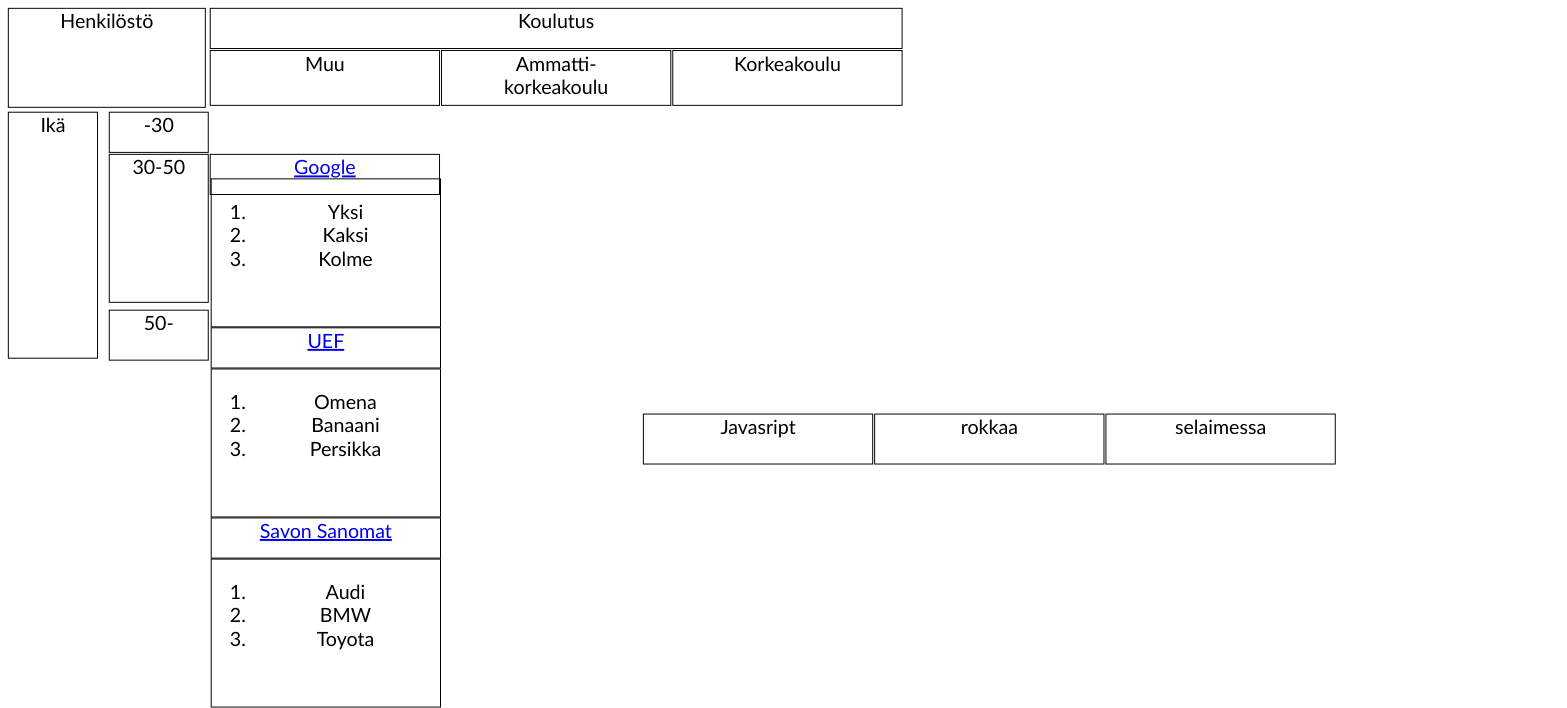
Repository: Niina-Maria/tehtavat-12-17-Niina-Maria2
Page: teht14.html
An editor plug-in stored every save of this project. The page is shown before and after the next save, followed by the edit.
The browser window is 1280 px wide. The page is 1363 px wide, then 1599 px, then 1363 px, so the pictures cover 1599 px, including what lies to the right of the window. The pictures show the whole page, at 98% of full size.

Above is the page before, as saved 2024-11-18 14:52:01.

### teht14.html
<!DOCTYPE html>
<html>
    <head><link rel="stylesheet" href="teht14.css"></head>
    <body>
        <div class="grid-container">
                <div class="header">Henkilöstö</div>
                <div class="header2">Koulutus</div>

                <div class="main">Muu</div>
                <div class="main2">Ammatti-<br>korkeakoulu</div>
                <div class="main3">Korkeakoulu</div>


                <div class="navMain">Ikä</div>
                <div class="navMain2">-30</div>
                <div class="navMain3">30-50</div>
                <div class="navMain4">50-</div>


                <div class="main4"><a href="www.google.com">Google</a></dive>
                <div class="main7">
                    <ol>
                        <li>Yksi</li>
                        <li>Kaksi</li>
                        <li>Kolme</li>
                    </ol>
                </div>

                <div class="main5"><a href="https://www.uef.fi/fi">UEF</a></div>
                <div class="main8">
                    <ol>
                    <li>Omena</li>
                    <li>Banaani</li>
                    <li>Persikka</li>
                </ol>
                </div>

                <div class="main6"><a href="https://www.savonsanomat.fi/">Savon Sanomat</a></div>
                <div class="main9">
                    <ol>
                        <li>Audi</li>
                        <li>BMW</li>
                        <li>Toyota</li>
                    </ol>
                </div>
        </div>


        <div class="grid-container">
             <!--    <div class="main7">
                    <ol>
                        <li>Yksi</li>
                        <li>Kaksi</li>
                        <li>Kolme</li>
                    </ol>
                </div> -->

               <!--  <div class="main8">
                    <ol>
                    <li>Omena</li>
                    <li>Banaani</li>
                    <li>Persikka</li>
                </ol>
                </div> -->


          <!--       <div class="main9">
                    <ol>
                        <li>Audi</li>
                        <li>BMW</li>
                        <li>Toyota</li>
                    </ol>
                </div> -->
            </div>

            <div class="grid-container">

                <div class="footer">Javasript</div>
                <div class="footer2">rokkaa</div>
                <div class="footer3">selaimessa</div>
            </div>


        </body>
    </html>



            <!-- <tr>
                <tr>
                    <th rowspan="6">Ikä</th>
                    <th >-30</th>
                    <td><a href="www.google.com">Google</a></td>
                    <td><a href="https://www.uef.fi/fi">UEF</a></td>
                    <td><a href="https://www.savonsanomat.fi/">Savon Sanomat</a></td>
                </tr>
                <tr>
                    <th>30-50</th>
                    <td>
                        <ol>
                            <li>Yksi</li>
                            <li>Kaksi</li>
                            <li>Kolme</li>
                        </ol>
                    </td>
                    <td>
                        <ol>
                            <li>Omena</li>
                            <li>Banaani</li>
                            <li>Persikka</li>
                        </ol>
                    </td>
                    <td>
                        <ol>
                            <li>Audi</li>
                            <li>BMW</li>
                            <li>Toyota</li>
                    </ol>
                    </td>
                </tr>

                <tr>
                    <th>50-</th>
                    <td style="font-size:30px; "><strong><em>Javascript</em></strong></td>
                    <td style="font-size:30px; "><strong><em>rokkaa</em></strong></td>
                    <td style="font-size:30px; "><strong><em>selaimessa</em></strong></td>
                </tr>
            </tr> -->

### teht14.css

.grid-container{
    display: grid;
    width: 75%;
    grid-template-columns: 100px 100px 233px 233px 233px;
    grid-template-areas:
    "header header header2 header2 header2"
    "header header main main2 main3"
    "navMain navMain2 main4 main5 main6"
    "navMain navMain3 main7 main8 main9"
    "navMain navMain3 main7 main8 main9"
    "navMain navMain3 main7 main8 main9"
    "navMain navMain4 footer footer2 footer3";
    grid-template-rows: 40px 60px 40px 50px 50px 50px 50px;
    gap: 3px;

    }

.grid-container > div {
    text-align: center;
    font-size: 20px;
    }

.header {
    grid-area: header;
    grid-column: 1/span2;
    grid-row: 1/span 2;
    border-width: 1px;
    border-style: solid;
    font-size: 20px;
    font-family: 'Gill Sans', 'Gill Sans MT', Calibri, 'Trebuchet MS', sans-serif;
    font-style: bold;
    text-align: center;
    height: 100px;
    width: 200px;
    }

.header2 {
    grid-area: header2;
    grid-column: 3/span 3;
    grid-row: 1/span 1;
    font-size: 20px;
    font-family: 'Gill Sans', 'Gill Sans MT', Calibri, 'Trebuchet MS', sans-serif;
    font-style: bold;
    text-align: center;
    border-width: 1px;
    border-style: solid;
    width: 100%;
    height: 40px;
    }

.navMain{
    grid-area: navMain;
    grid-column: 1;
    grid-row: 3/span 4;
    font-size: 20px;
    font-family: 'Gill Sans', 'Gill Sans MT', Calibri, 'Trebuchet MS', sans-serif;
    font-style: bold;
    text-align: center;
    width: 90%;
    height: 250px;
    border-width: 1px;
    border-style: solid;
}

.navMain2 {
    grid-area: navMain2;
    grid-column: 2 ;
    grid-row: 3;
    font-size: 20px;
    font-family: 'Gill Sans', 'Gill Sans MT', Calibri, 'Trebuchet MS', sans-serif;
    font-style: bold;
    text-align: center;
    width: 100px;
    height: 40px;
    border-width: 1px;
    border-style: solid;
}


.main{
    grid-area: main;
    grid-column: 3;
    grid-row: 2;
    font-size: 20px;
    font-family: 'Gill Sans', 'Gill Sans MT', Calibri, 'Trebuchet MS', sans-serif;
    font-style: bold;
    text-align: center;
    border-width: 1px;
    border-style: solid;
    height: 55px;
    width: 233px;

}

.main2 {
    grid-area: main2;
    grid-column: 4;
    grid-row: 2;
    font-size: 20px;
    font-family: 'Gill Sans', 'Gill Sans MT', Calibri, 'Trebuchet MS', sans-serif;
    font-style: bold;
    text-align: center;
    border-width: 1px;
    border-style: solid;
    height: 55px;
    width: 233px;
}

.main3{
    grid-area: main3;
    grid-column: 5;
    grid-row: 2;
    font-size: 20px;
    font-family: 'Gill Sans', 'Gill Sans MT', Calibri, 'Trebuchet MS', sans-serif;
    font-style: bold;
    text-align: center;
    border-width: 1px;
    border-style: solid;
    height: 55px;
    width: 233px;
}



.main4 {
    grid-area: main4;
    grid-column: 3;
    grid-row: 4;
    font-size: 20px;
    font-family: 'Gill Sans', 'Gill Sans MT', Calibri, 'Trebuchet MS', sans-serif;
    font-style: bold;
    text-align: center;
    border-width: 1px;
    border-style: solid;
    height: 40px;
    width: 233px;
}

.main5{
    grid-area: main5;
    grid-column: 4;
    grid-row: 3;
    font-size: 20px;
    font-family: 'Gill Sans', 'Gill Sans MT', Calibri, 'Trebuchet MS', sans-serif;
    font-style: bold;
    text-align: center;
    border-width: 1px;
    border-style: solid;
    height: 40px;
    width: 233px;
}
.main6{
    grid-area: main6;
    grid-column: 5;
    grid-row: 3;
    font-size: 20px;
    font-family: 'Gill Sans', 'Gill Sans MT', Calibri, 'Trebuchet MS', sans-serif;
    font-style: bold;
    text-align: center;
    border-width: 1px;
    border-style: solid;
    height: 40px;
    width: 233px;}


.navMain3 {
        grid-area: navMain3;
        grid-column: 2;
        grid-row: 4/span 3;
        font-size: 20px;
        font-family: 'Gill Sans', 'Gill Sans MT', Calibri, 'Trebuchet MS', sans-serif;
        font-style: bold;
        text-align: center;
        width: 100px;
        height: 150px;
        border-width: 1px;
        border-style: solid;
    }

.main7{
        grid-area: main7;
        grid-column: 3;
        grid-row: 4/span 3;
        font-size: 20px;
        font-family: 'Gill Sans', 'Gill Sans MT', Calibri, 'Trebuchet MS', sans-serif;
        font-style: bold;
        text-align: center;
        border-width: 1px;
        border-style: solid;
        height: 150px;
        width: 233px;
    }

.main8{
        grid-area: main8;
        grid-column: 4;
        grid-row: 4/span 3;
        font-size: 20px;
        font-family: 'Gill Sans', 'Gill Sans MT', Calibri, 'Trebuchet MS', sans-serif;
        font-style: bold;
        text-align: center;
        border-width: 1px;
        border-style: solid;
        height: 150px;
        width: 233px;
    }


    .main9{
        grid-area: main;
        grid-column: 5;
        grid-row: 4/span 3;
        font-size: 20px;
        font-family: 'Gill Sans', 'Gill Sans MT', Calibri, 'Trebuchet MS', sans-serif;
        font-style: bold;
        text-align: center;
        border-width: 1px;
        border-style: solid;
        height: 150px;
        width: 233px;
    }

    .navMain4 {
        grid-area: navMain4;
        grid-column: 2/span 1;
        grid-row: 7/span 1;
        font-size: 20px;
        font-family: 'Gill Sans', 'Gill Sans MT', Calibri, 'Trebuchet MS', sans-serif;
        font-style: bold;
        text-align: center;
        width: 100px;
        height: 50px;
        border-width: 1px;
        border-style: solid;
    }
    .footer {
        grid-area: footer;
        grid-column: 3/span 1;
        grid-row: 7/span 1;
        font-size: 20px;
        font-family: 'Gill Sans', 'Gill Sans MT', Calibri, 'Trebuchet MS', sans-serif;
        font-style: bold;
        text-align: center;
        width: 233px;
        height: 50px;
        border-width: 1px;
        border-style: solid;
    }

    .footer2 {
        grid-area: footer2;
        grid-column: 4/span 1;
        grid-row: 7/span 1;
        font-size: 20px;
        font-family: 'Gill Sans', 'Gill Sans MT', Calibri, 'Trebuchet MS', sans-serif;
        font-style: bold;
        text-align: center;
        width: 233px;
        height: 50px;
        border-width: 1px;
        border-style: solid;
    }

    .footer3 {
        grid-area: footer3;
        grid-column: 5/span 1;
        grid-row: 7/span 1;
        font-size: 20px;
        font-family: 'Gill Sans', 'Gill Sans MT', Calibri, 'Trebuchet MS', sans-serif;
        font-style: bold;
        text-align: center;
        width: 233px;
        height: 50px;
        border-width: 1px;
        border-style: solid;
    }

After the next save:
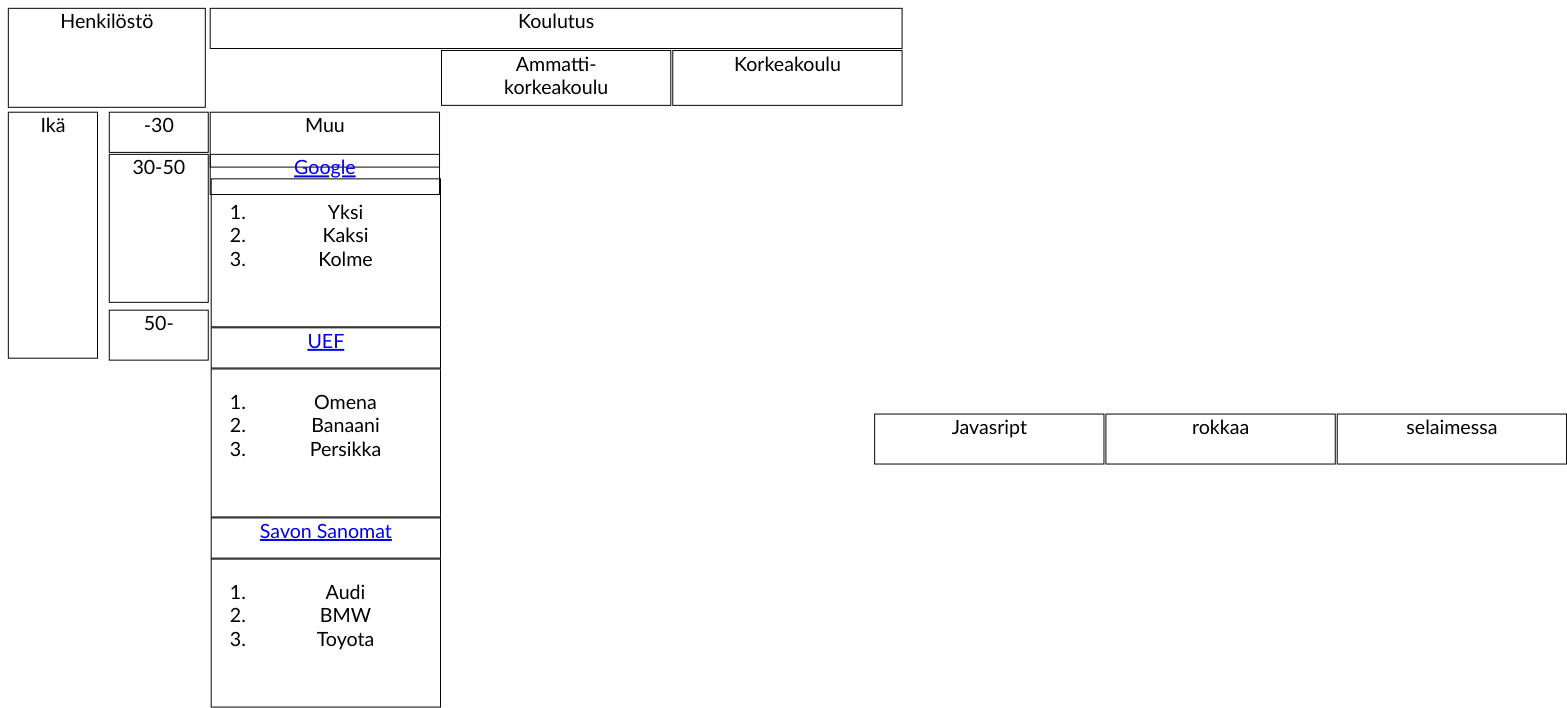
Saved 25 s later.
--- a/teht14.css
+++ b/teht14.css
@@ -81,7 +81,7 @@
 .main{
     grid-area: main;
     grid-column: 3;
-    grid-row: 2;
+    grid-row: 3;
     font-size: 20px;
     font-family: 'Gill Sans', 'Gill Sans MT', Calibri, 'Trebuchet MS', sans-serif;
     font-style: bold;

After the save that followed:
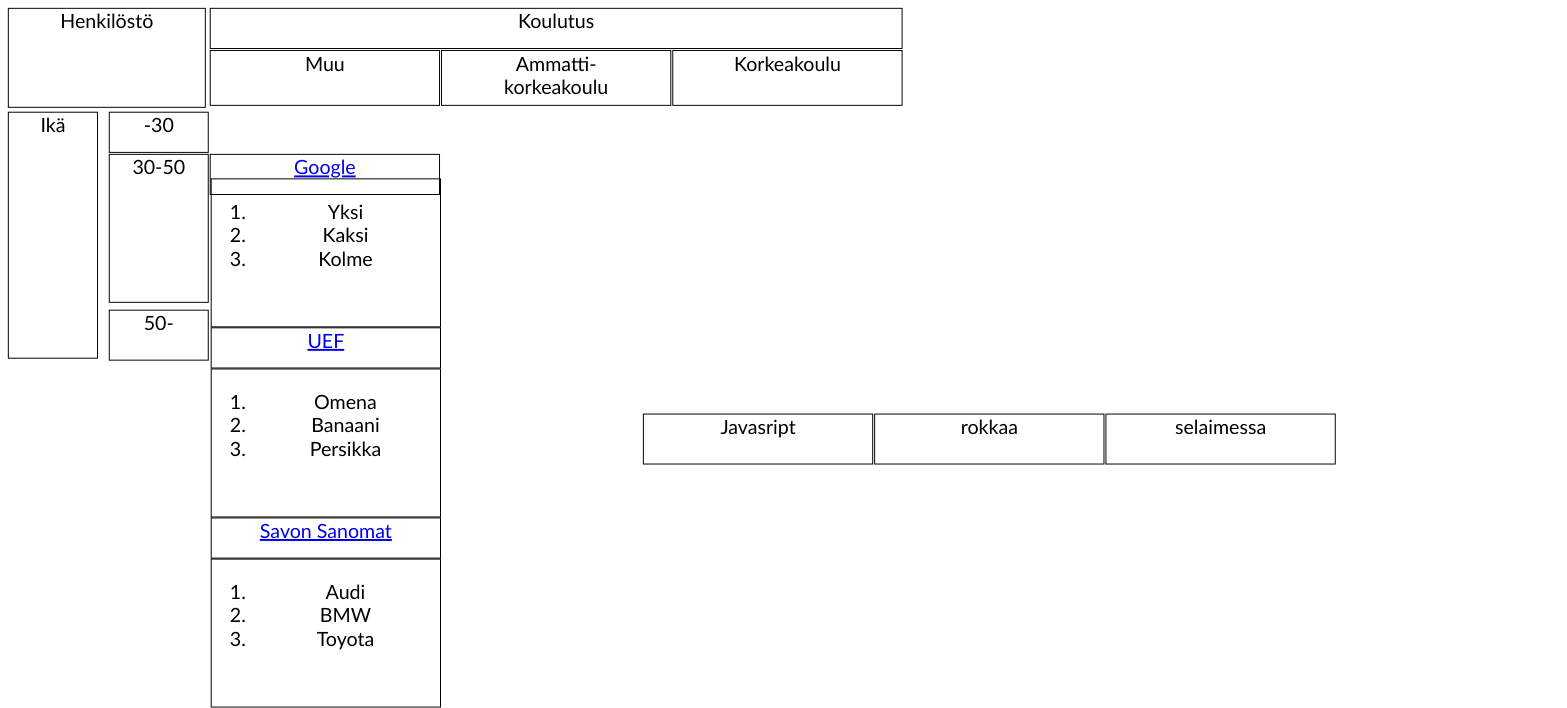
Saved 13 s later.
--- a/teht14.css
+++ b/teht14.css
@@ -81,7 +81,7 @@
 .main{
     grid-area: main;
     grid-column: 3;
-    grid-row: 3;
+    grid-row: 2;
     font-size: 20px;
     font-family: 'Gill Sans', 'Gill Sans MT', Calibri, 'Trebuchet MS', sans-serif;
     font-style: bold;
